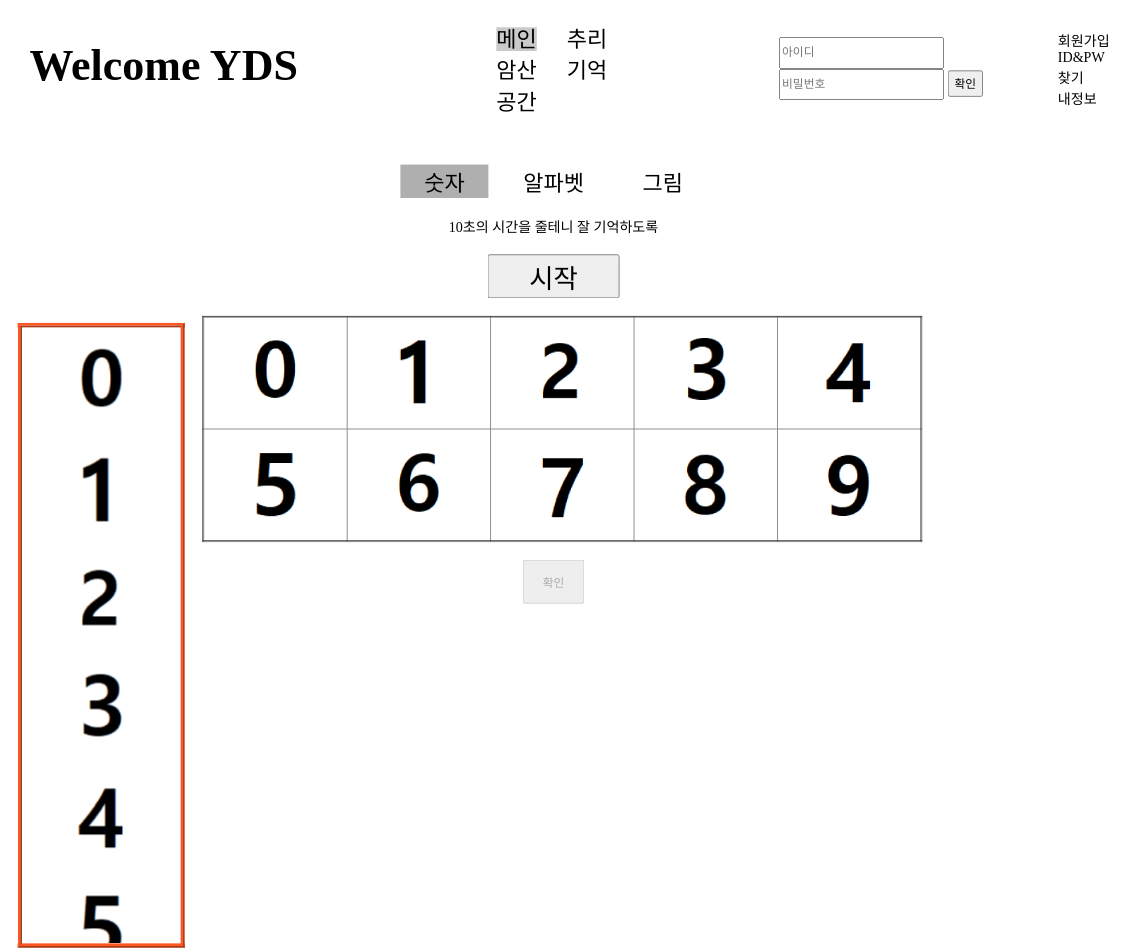
Repository: ejrtn/springbootMaven
Page: deoksu/src/main/resources/static/memorization.html
These files come from the project's save history. The page is drawn as it stood at one moment and after the next save; the edit follows.
The browser window is 1280 px wide. The pictures show the whole page, at 88% of full size.
Some web libraries are served in a nearby version.

Above is the page before, as saved 2021-04-10 16:39:49.

After the next save:
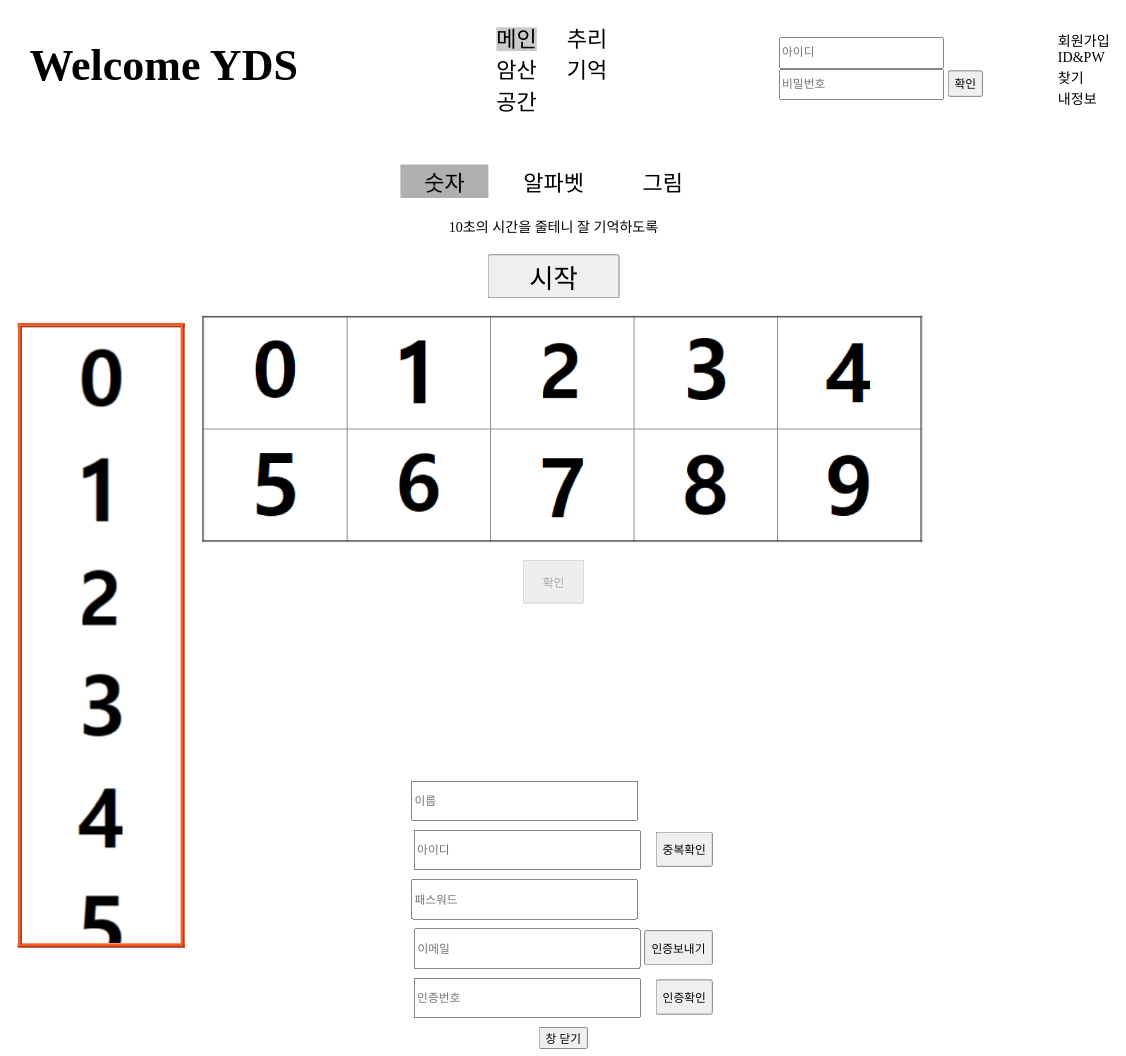
Saved 10 s later.
--- a/deoksu/src/main/resources/static/memorization.html
+++ b/deoksu/src/main/resources/static/memorization.html
@@ -291,5 +291,25 @@
 			</div>
 		</div>
 	</div>
+
+		<div id="modal1">
+	    <div align="center" style="margin-top: 20px;">
+			<input type="text" placeholder="이름" style="width: 250px; height: 40px; margin-right: 88px; margin-bottom: 10px;"><br>
+			<input type="text" placeholder="아이디" style="width: 250px; height: 40px; margin-right: 13px; margin-bottom: 10px;">
+			<input type="button" value="중복확인" style="height: 40px;"><br>
+			<input type="password" placeholder="패스워드" style="width: 250px; height: 40px; margin-right: 88px; margin-bottom: 10px;"><br>
+			<input type="email" placeholder="이메일" style="width: 250px; height: 40px; margin-bottom: 10px;">
+			<input type="button" value="인증보내기" style="height: 40px;"><br>
+			<input type="text" placeholder="인증번호" style="width: 250px; height: 40px; margin-right: 13px; margin-bottom: 10px;">
+			<input type="button" value="인증확인" style="height: 40px;"><br>
+			<button type="button" id="modal_close_btn1">창 닫기</button>
+		</div>
+    	<div class="modal_layer"></div>
+	</div>
+	<script>
+	    document.getElementById("modal_close_btn1").onclick = function() {
+	        document.getElementById("modal1").style.display="none";
+	    }
+	</script>
 </body>
 </html>
